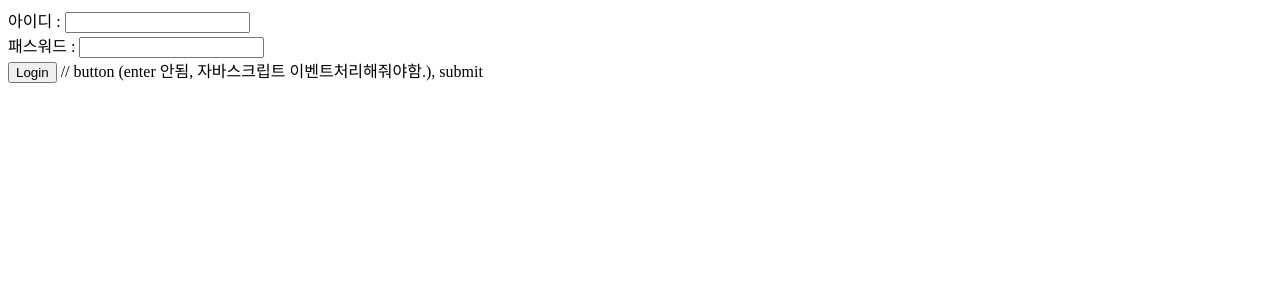
Repository: sagong0/servlet
Page: web/src/main/webapp/login.html
The author's editor kept a copy of each file at every save. The page is drawn from the files as they stood at one save, then again after the next save.
The browser window is 1280 px wide. The pictures show the whole page.

Above is the page before, as saved 2023-08-08 07:35:39.

### web/src/main/webapp/login.html
<!DOCTYPE html>
<html>
<head>
<meta charset="UTF-8">
<title>Servlet 1일차 - 로그인 페이지</title>
</head>
<body>

<!--
	submit, reset 무조건 form 태그와 함께 사용
	단, button은 JS, ES, TS 등등 이용하여 사용합니다.
	disk icon?
-->

아이디 : <input type="text" id="mid"><br/>
패스워드 : <input type="password" id="mpass"><br/>
<input type="button" value="Login">
// button (enter 안됨, 자바스크립트 이벤트처리해줘야함.), submit

</body>
</html>

After the next save:
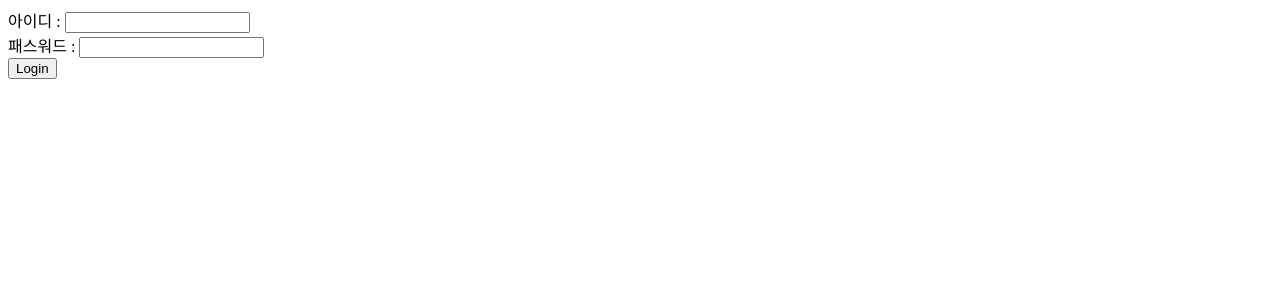
Saved 4 min 33 s later.
--- a/web/src/main/webapp/login.html
+++ b/web/src/main/webapp/login.html
@@ -14,8 +14,8 @@
 
 아이디 : <input type="text" id="mid"><br/>
 패스워드 : <input type="password" id="mpass"><br/>
-<input type="button" value="Login">
-// button (enter 안됨, 자바스크립트 이벤트처리해줘야함.), submit
+<input type="button" value="Login" onclick="bbb()">
+<!--button (enter 안됨, 자바스크립트 이벤트처리해줘야함.), submit-->
 
 </body>
 </html>
